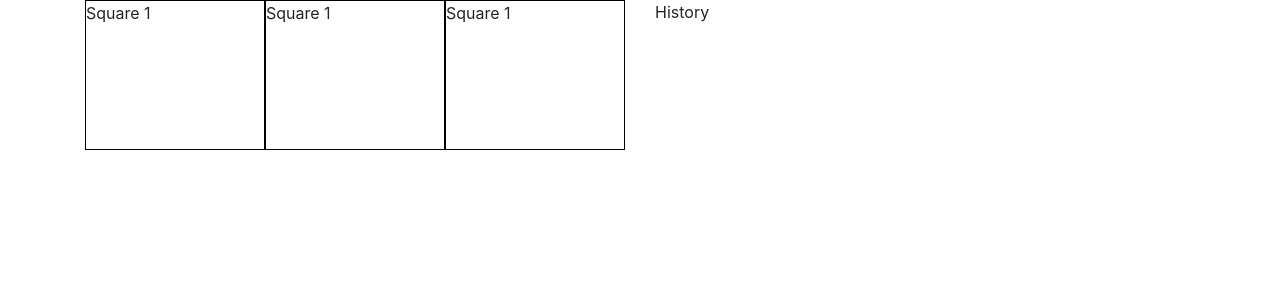
Repository: tts2610/Tic-Tac_Toe
Page: /
An editor plug-in stored every save of this project. The page is shown before and after a run of saves, followed by the edit.
The browser window is 1280 px wide. The pictures show the whole page.
The project was rebuilt for these pictures with package versions that can differ from the ones it lists, and the page was loaded fresh each time.

Above is the page before, as saved 2020-06-02 11:06:45.

### src/App.js
import React, { Component } from "react";
import "./App.css";
import Board from "./components/Board";
import "bootstrap/dist/css/bootstrap.min.css";
import { Row, Col, Container } from "react-bootstrap";

export default class App extends Component {
  render() {
    return (
      <div className="App">
        <Container>
          <Row>
            <Col>
              <Board />
            </Col>
            <Col>History</Col>
          </Row>
        </Container>
      </div>
    );
  }
}

### src/App.css
.box {
    min-width: max-content;
    height: 150px;
    border: 1px solid black;
}

### src/components/Board.js
import React, { Component } from "react";
import Square from "./Square";
import { Row, Col, Container } from "react-bootstrap/";

const styles = {
  grid: {
    paddingLeft: 0,
    paddingRight: 0,
  },
  row: {
    marginLeft: 0,
    marginRight: 0,
  },
  col: {
    paddingLeft: 0,
    paddingRight: 0,
  },
};

const square = [
  {
    id: [0, 0],
    value: "",
  },
  {
    id: [0, 1],
    value: "",
  },
  {
    id: [0, 2],
    value: "",
  },
  {
    id: [1, 0],
    value: "",
  },
  {
    id: [1, 1],
    value: "",
  },
  {
    id: [1, 2],
    value: "",
  },
  {
    id: [2, 0],
    value: "",
  },
  {
    id: [2, 1],
    value: "",
  },
  {
    id: [2, 2],
    value: "",
  },
];
export default class Board extends Component {
  render() {
    return (
      <Row style={styles.row}>
        <Col sm={4} style={styles.col}>
          <Square />
        </Col>
        <Col sm={4} style={styles.col}>
          <Square />
        </Col>
        <Col sm={4} style={styles.col}>
          <Square />
        </Col>
      </Row>
    );
  }
}

### src/components/Square.js
import React from "react";

export default function Square() {
  return <div className="box">Square 1</div>;
}

### src/settings.js
const styles = {
  grid: {
    paddingLeft: 0,
    paddingRight: 0,
  },
  row: {
    marginLeft: 0,
    marginRight: 0,
  },
  col: {
    paddingLeft: 0,
    paddingRight: 0,
  },
};

const square = [
  {
    id: [0, 0],
    value: "",
  },
  {
    id: [0, 1],
    value: "",
  },
  {
    id: [0, 2],
    value: "",
  },
  {
    id: [1, 0],
    value: "",
  },
  {
    id: [1, 1],
    value: "",
  },
  {
    id: [1, 2],
    value: "",
  },
  {
    id: [2, 0],
    value: "",
  },
  {
    id: [2, 1],
    value: "",
  },
  {
    id: [2, 2],
    value: "",
  },
];

Loaded but not shown: public/index.html (common file); src/index.js (common file); src/index.css (common file); src/serviceWorker.js (common file)

After the next 3 saves:
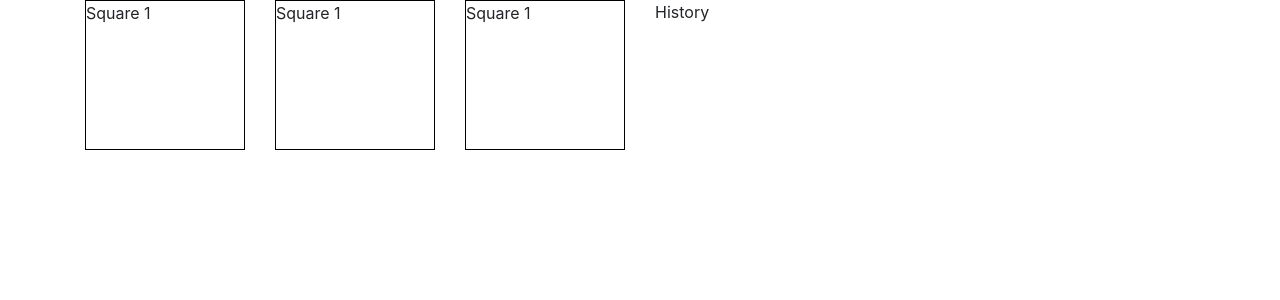
The 3 saves are shown as one change because 2 did not build or start.
The last was saved 2 min 12 s later.
--- a/src/components/Board.js
+++ b/src/components/Board.js
@@ -1,60 +1,8 @@
 import React, { Component } from "react";
 import Square from "./Square";
 import { Row, Col, Container } from "react-bootstrap/";
+import styles from "../settings";
 
-const styles = {
-  grid: {
-    paddingLeft: 0,
-    paddingRight: 0,
-  },
-  row: {
-    marginLeft: 0,
-    marginRight: 0,
-  },
-  col: {
-    paddingLeft: 0,
-    paddingRight: 0,
-  },
-};
-
-const square = [
-  {
-    id: [0, 0],
-    value: "",
-  },
-  {
-    id: [0, 1],
-    value: "",
-  },
-  {
-    id: [0, 2],
-    value: "",
-  },
-  {
-    id: [1, 0],
-    value: "",
-  },
-  {
-    id: [1, 1],
-    value: "",
-  },
-  {
-    id: [1, 2],
-    value: "",
-  },
-  {
-    id: [2, 0],
-    value: "",
-  },
-  {
-    id: [2, 1],
-    value: "",
-  },
-  {
-    id: [2, 2],
-    value: "",
-  },
-];
 export default class Board extends Component {
   render() {
     return (
